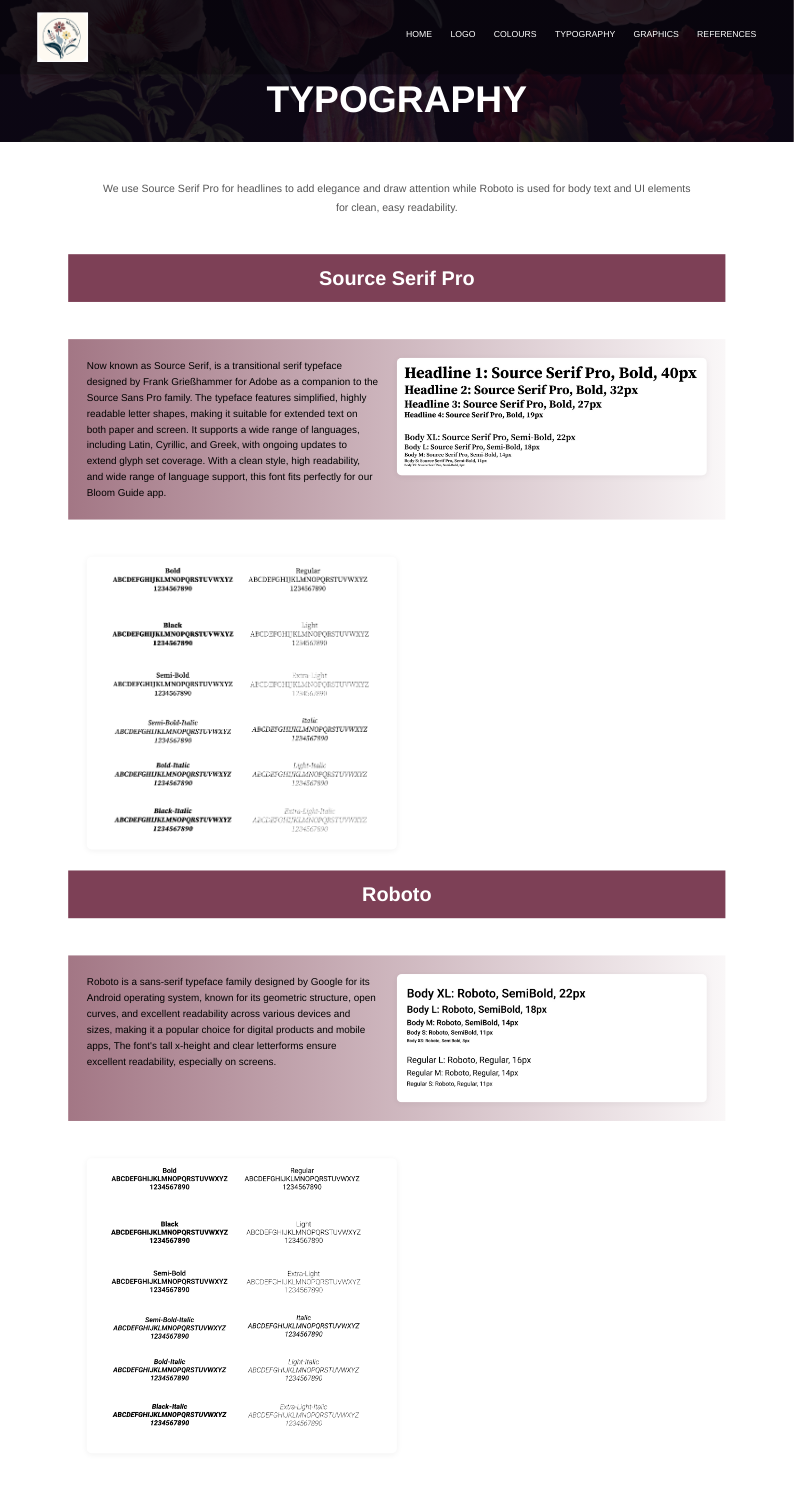
Repository: Emmalee06/styleguide-design2
Page: typography.html
An editor plug-in stored every save of this project. The page is shown before and after the next save, followed by the edit.
The browser window is 1280 px wide. The pictures show the whole page, at 62% of full size.

Above is the page before, as saved 2025-04-07 01:00:52.

### typography.html
<!DOCTYPE html>
<html lang="en">

<head>
    <meta charset="UTF-8" />
    <meta name="viewport" content="width=device-width, initial-scale=1.0" />
    <title>StyleGuide Design</title>
    <link rel="stylesheet" href="style.css" />
</head>

<body>
    <!-- Header with reduced height -->
    <section class="header small-header">
        <nav>
            <a href="index.html"><img src="images/logo.jpg" width="300" height="100" alt="Bloomguide logo" /></a>

            <div class="nav-links">
                <ul>
                    <li><a href="index.html">HOME</a></li>
                    <li><a href="logo.html">LOGO</a></li>
                    <li><a href="colours.html">COLOURS</a></li>
                    <li><a href="typography.html">TYPOGRAPHY</a></li>
                    <li><a href="graphics.html">GRAPHICS</a></li>
                    <li><a href="references.html">REFERENCES</a></li>
                </ul>
            </div>
        </nav>
        <h1>TYPOGRAPHY</h1>
    </section>

    <!-- TYPOGRAPHY CONTENT -->
    <section class="logo">
        <p>
            We use Source Serif Pro for headlines to add elegance and draw attention while Roboto is used for body text
            and UI elements for clean, easy readability.
        </p>
    </section>
    <section class="typography">
        <!-- Source Serif Section -->
        <div class="font-section">
            <div class="font-header">Source Serif Pro</div>

            <div class="font-content">
                <p>
                    Now known as Source Serif, is a transitional serif typeface designed by Frank Grießhammer for Adobe
                    as a companion to the Source Sans Pro family. The typeface features simplified, highly readable
                    letter shapes, making it suitable for extended text on both paper and screen. It supports a wide
                    range of languages, including Latin, Cyrillic, and Greek, with ongoing updates to extend glyph set
                    coverage. With a clean style, high readability, and wide range of language support, this font fits
                    perfectly for our Bloom Guide app.
                </p>
                <img src="images/Serif.jpeg" alt="Source Serif definition" />
            </div>
            <div class="font-image-row">
                <img src="images/serif-ex.png" alt="Source Serif example" />
            </div>

        </div>

        <!-- Roboto Section -->
        <div class="font-section">
            <div class="font-header">Roboto</div>

            <div class="font-content">
                <p>
                    Roboto is a sans-serif typeface family designed by Google for its Android operating system, known
                    for its geometric structure, open curves, and excellent readability across various devices and
                    sizes, making it a popular choice for digital products and mobile apps, The font's tall x-height and
                    clear letterforms ensure excellent readability, especially on screens.
                </p>
                <img src="images/Roboto.jpeg" alt="Roboto definition" />
            </div>
            <div class="font-image-row">
                <img src="images/roboto-ex.png" alt="Roboto example" />
            </div>

        </div>
    </section>
</body>

</html>

### style.css
* {
    margin: 0;
    padding: 0;
    box-sizing: border-box;
    font-family: 'Helvetica Neue', sans-serif;
}

.header {
    min-height: 100vh;
    width: 100%;
    background-image: linear-gradient(rgba(4, 9, 30, 0.6), rgba(4, 9, 30, 0.6)), url(images/background.png);
    background-size: cover;
    background-position: center;
    position: relative;
}

/* Nav bar */
nav {
    width: 100%;
    background-color: rgba(0, 0, 0, 0.3);
    padding: 20px 60px;
    overflow: hidden;
}

/* Logo on the left */
nav a img {
    float: left;
    height: 80px;
    width: auto;
}

/* Nav links on the right */
.nav-links {
    float: right;
    margin-top: 25px;
}

.nav-links ul {
    list-style: none;
}

.nav-links ul li {
    display: inline-block;
    margin-left: 25px;
}

.nav-links ul li a {
    text-decoration: none;
    color: white;
    font-size: 14px;
    font-weight: 500;
    position: relative;
}

.nav-links ul li::after {
    content: '';
    display: block;
    height: 2px;
    width: 0;
    background: #fcb6b6;
    transition: 0.4s;
    margin-top: 4px;
}

.nav-links ul li:hover::after {
    width: 100%;
}

.nav-links ul li a:hover {
    color: #fcb6b6;
}

.text-box h1 {
    font-size: 60px;
}

.text-box h2 {
    font-size: 36px;
    margin: 15px 0;
}

/*Home Content*/
.text-box {
    position: absolute;
    top: 55%;
    left: 50%;
    transform: translate(-50%, -50%);
    text-align: center;
    color: #fff;
}

.credits-wrapper {
    display: block;
    margin-top: 30px;
}

/* credits left-aligned within a centered container */
.credits {
    display: block;
    text-align: left;
    margin: 0 auto 20px auto;
    width: fit-content;
}

.credits p {
    font-size: 18px;
    color: #d3dae0;
    margin: 6px 0;
}

/* button under credits */
.start-btn {
    text-align: center;
}

.hero-btn {
    display: inline-block;
    text-decoration: none;
    color: #fff;
    border: 1px solid #fff;
    padding: 12px 30px;
    font-size: 14px;
    transition: 0.4s;
}

.hero-btn:hover {
    background-color: #8f1a47;
    border-color: #8f1a47;
}

/* logo content*/

.logo {
    max-width: 1000px;
    margin: 60px auto;
    padding: 0 20px;
}

.logo h1 {
    font-size: 50px;
    margin-bottom: 20px;
    color: #5a3f2f;
    text-align: center;
}

.logo p {
    font-size: 17px;
    margin-bottom: 40px;
    color: #555;
    text-align: center;
    line-height: 1.8;
}

.row {
    display: grid;
    grid-template-columns: repeat(auto-fit, minmax(220px, 1fr));
    gap: 30px;
}

.logo-col h3 {
    margin-bottom: 15px;
    font-size: 14px;
    color: #bc526c;
}

.logo-col img {
    max-width: 100%;
    height: auto;
    border-radius: 8px;
}

.logo-col {
    background-color: #fff;
    padding: 20px;
    border-radius: 12px;
    box-shadow: 0 2px 10px rgba(0, 0, 0, 0.05);
    text-align: center;
    transition: transform 0.3s ease, box-shadow 0.3s ease;
}

.logo-col:hover {
    transform: translateY(-10px);
    box-shadow: 0 12px 25px rgba(0, 0, 0, 0.1);
}

/* Make header shorter for this page */
.small-header {
    min-height: 10px;
}

/* 4 cards into one row */
.fixed-row {
    display: flex;
    justify-content: space-between;
    flex-wrap: nowrap;
    gap: 30px;
}

.logo h2 {
    font-size: 28px;
    color: #771f35;
    margin: 30px 0 15px;
    text-align: center;
}

.header.small-header h1 {
    position: relative;
    top: 50%;
    left: 50%;
    transform: translate(-50%, -50%);
    color: #fff;
    font-size: 60px;
    text-align: center;
    font-weight: bold;
    margin-top: 40px;
}


/*COLOURS PAGE*/
/* --- Main Container --- */
.colours {
    max-width: 1100px;
    margin: 60px auto;
    padding: 0 20px;
}

/* --- Headings --- */
.colours h1 {
    font-size: 23px;
    margin-top: 50px;
    margin-bottom: 15px;
    color: #3E0B0B;
    border-bottom: 2px solid #89576691;
    padding-bottom: 6px;
}

/* --- Paragraphs --- */
.colours p {
    font-size: 1rem;
    margin-bottom: 25px;
    line-height: 1.6;
}

/* --- Image Rows --- */
.image-row {
    display: flex;
    gap: 20px;
    margin-bottom: 40px;
    align-items: center;
}

/* --- Image Blocks --- */
.image-row img {
    width: 800px;
    height: auto;
    border-radius: 8px;
    box-shadow: 0 3px 12px rgba(0, 0, 0, 0.08);
    transition: transform 0.3s ease;
}

.image-row-small img {
    width: 100px;
    height: auto;
    border-radius: 8px;
    box-shadow: 0 3px 12px rgba(0, 0, 0, 0.08);
    transition: transform 0.3s ease;
}

.image-row img:hover {
    transform: scale(1.03);
}

.image-row-small img:hover {
    transform: scale(1.03);
}

/* --- Accessibility Section --- */
.accessibility-grid {
    display: grid;
    grid-template-columns: repeat(2, 1fr);
    gap: 30px;
    margin-top: 20px;
}

/* --- Individual Accessibility Cards --- */
.access-card {
    background: #fff;
    border-radius: 10px;
    padding: 20px;
    box-shadow: 0 6px 16px rgba(0, 0, 0, 0.05);
    transition: transform 0.3s ease;
}

.access-card h2 {
    font-size: 17px;
    color: #9b5861;
    margin-bottom: 10px;
}

.access-card p {
    font-size: 12px;
    line-height: 1.5;
    margin-bottom: 15px;
}

.access-card img {
    width: 70%;
    border-radius: 6px;
    box-shadow: 0 2px 8px rgba(0, 0, 0, 0.263);
}

.access-card:hover {
    transform: scale(1.03);
}


/*TYPOGRAPHY*/
/* Typography Section Wrapper */
.typography {
    max-width: 1100px;
    margin: 60px auto;
    padding: 0 20px;

}

.font-header {
    background-color: #651c36d6;
    color: white;
    font-size: 2rem;
    font-weight: bold;
    text-align: center;
    padding: 20px;
}

/* Font Content (Text + Image) */
.font-content {
    display: flex;
    justify-content: space-between;
    align-items: flex-start;
    padding: 30px;
    margin: 60px auto;
    gap: 30px;
    background-image: linear-gradient(to right, rgba(119, 54, 75, 0.679), rgba(119, 54, 75, 0.038));
}

/* Text Block */
.font-content p {
    width: 50%;
    font-size: 16px;
    line-height: 1.6;
}

/* Right-side definition image */
.font-content img {
    width: 50%;
    border-radius: 8px;
    box-shadow: 0 2px 10px rgba(0, 0, 0, 0.06);
    transition: transform 0.3s ease;
}

.font-content img:hover {
    transform: scale(1.03);
}

/* Example image under text+image pair */
.font-image-row {
    padding: 0 30px 30px;
}

.font-image-row img {
    width: 500px;
    border-radius: 8px;
    box-shadow: 0 2px 10px rgba(0, 0, 0, 0.06);
    text-align: center;
}

After the next save:
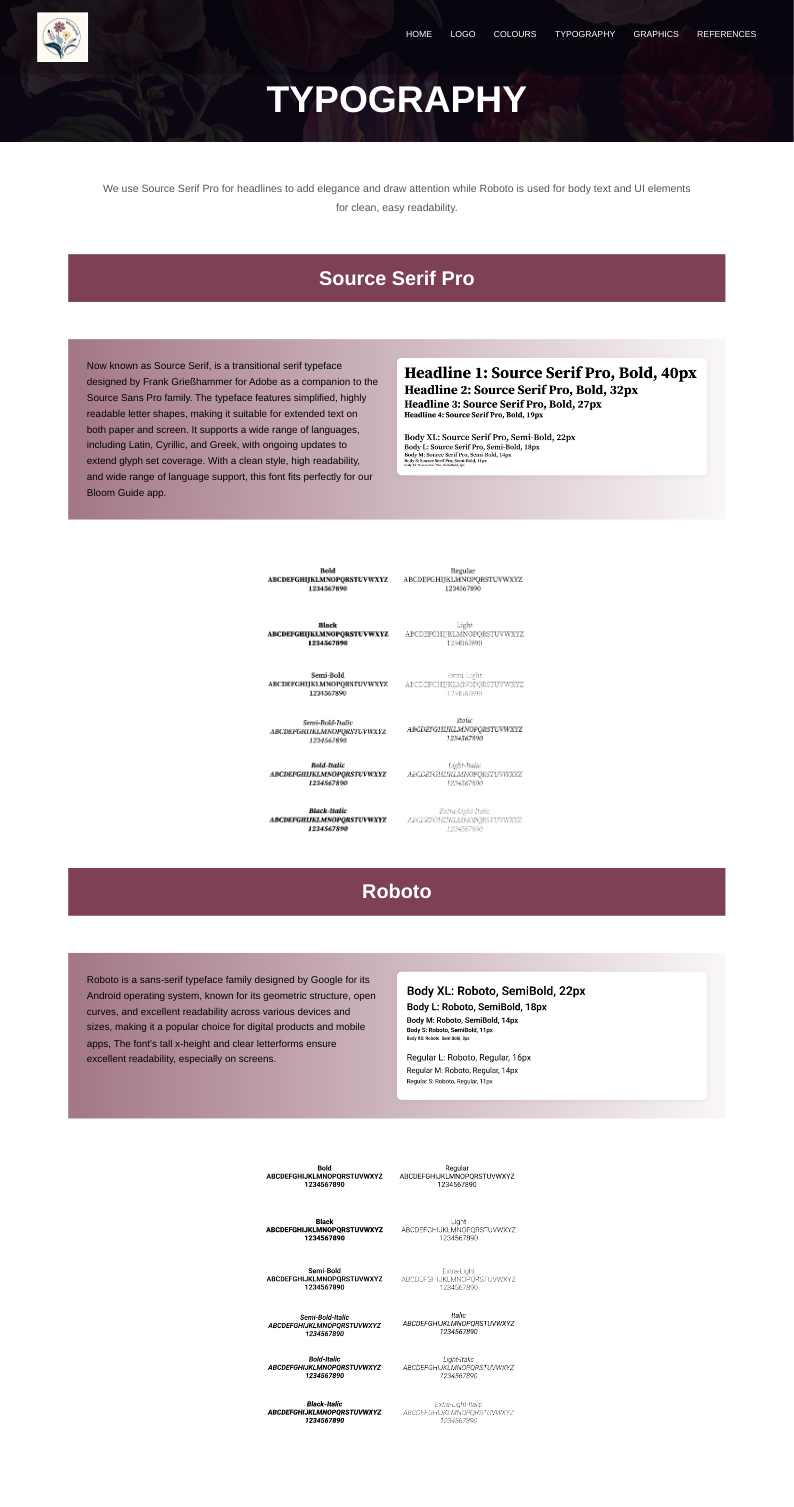
Saved 70 s later.
--- a/style.css
+++ b/style.css
@@ -368,8 +368,7 @@
 }
 
 .font-image-row img {
-    width: 500px;
-    border-radius: 8px;
-    box-shadow: 0 2px 10px rgba(0, 0, 0, 0.06);
-    text-align: center;
-}
+    display: block;
+    margin: auto;
+    width: 50%;
+}
